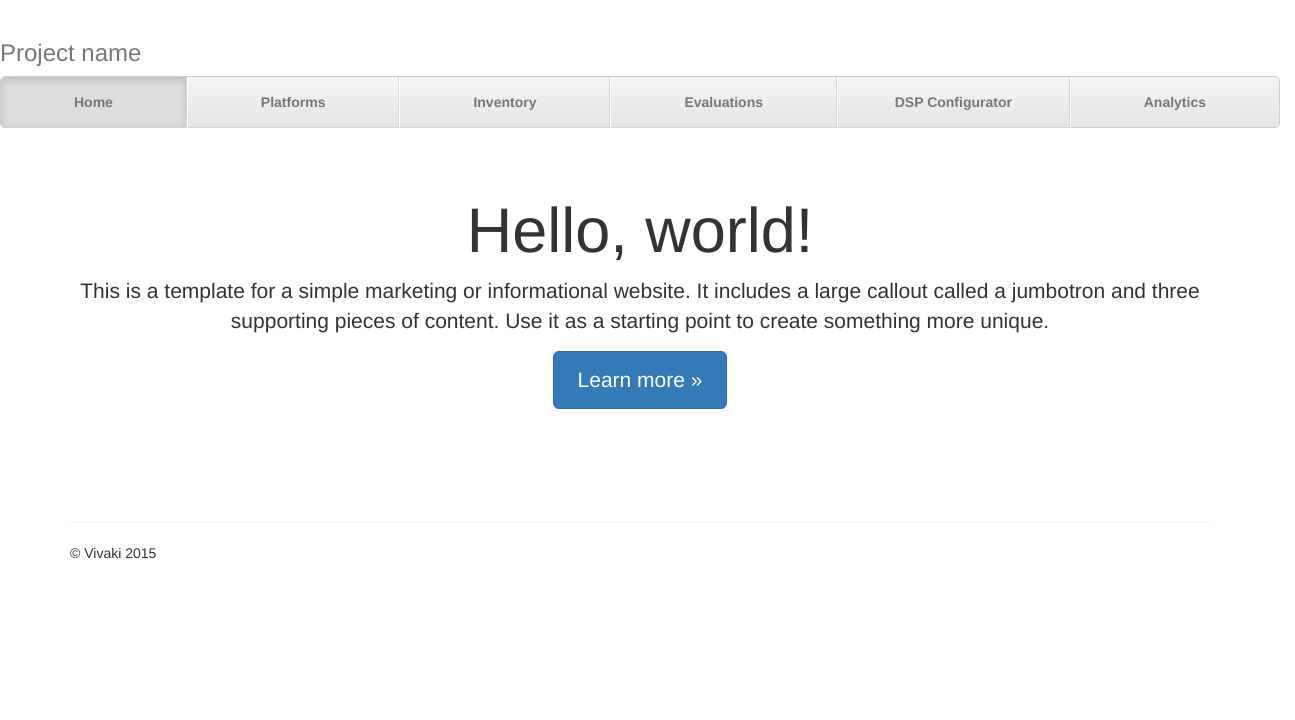
Repository: benlampert/vv
Page: vv/templates/base.html
The author's editor kept a record of every edit. The page is drawn from the files as they stood at one moment, then again after the next edit.
The browser window is 1280 px wide. The page is 1280 px wide, then 1295 px, so the pictures cover 1295 px, including what lies to the right of the window. The pictures show the whole page.
The template is drawn by Django 2.2. The application's start-up code is not run. Other server files are loaded and not shown. The template is opened directly, without the code that normally fills it, so the values that code supplies are empty.

Above is the page before.

### vv/templates/base.html

<!DOCTYPE html>
<html lang="en">
  <head>
    <meta charset="utf-8">
    <meta http-equiv="X-UA-Compatible" content="IE=edge">
    <meta name="viewport" content="width=device-width, initial-scale=1">
    <meta name="description" content="">
    <meta name="author" content="">
    <link rel="icon" href="../../favicon.ico">

    <title>Jumbotron Template for Bootstrap</title>
{% load staticfiles %}
    <!-- Bootstrap core CSS -->
    <link href="{% static "css/bootstrap.min.css" %}" rel="stylesheet">

    <!-- Custom styles for this template -->
    <link href="{% static "css/jumbotron.css" %}" rel="stylesheet">
    <link href="{% static "css/justified-nav.css" %}" rel="stylesheet">
    <!-- Just for debugging purposes. Don't actually copy these 2 lines! -->
    <!--[if lt IE 9]><script src="../../assets/js/ie8-responsive-file-warning.js"></script><![endif]-->
    <script src="{% static "js/ie-emulation-modes-warning.js" %}"></script>

    <!-- HTML5 shim and Respond.js for IE8 support of HTML5 elements and media queries -->
    <!--[if lt IE 9]>
      <script src="https://oss.maxcdn.com/html5shiv/3.7.2/html5shiv.min.js"></script>
      <script src="https://oss.maxcdn.com/respond/1.4.2/respond.min.js"></script>
    <![endif]-->
  </head>

  <body>



      <div class="masthead">
        <h3 class="text-muted">Project name</h3>
        <nav>
          <ul class="nav nav-justified">
            <li class="active"><a href="#">Home</a></li>
            <li><a href="#">Platforms</a></li>
            <li><a href="#">Inventory</a></li>
            <li><a href="#">Evaluations</a></li>
            <li><a href="#">DSP Configurator</a></li>
            <li><a href="#">Analytics</a></li>
          </ul>
        </nav>
      </div>

    <!-- Main jumbotron for a primary marketing message or call to action -->
    <div class="jumbotron">
      <div class="container">
        <h1>Hello, world!</h1>
        <p>This is a template for a simple marketing or informational website. It includes a large callout called a jumbotron and three supporting pieces of content. Use it as a starting point to create something more unique.</p>
        <p><a class="btn btn-primary btn-lg" href="#" role="button">Learn more &raquo;</a></p>
      </div>
    </div>

    <div class="container">
        {% block content %}

        {% endblock %}

      <hr>

      <footer>
        <p>&copy; Vivaki 2015</p>
      </footer>
    </div> <!-- /container -->


    <!-- Bootstrap core JavaScript
    ================================================== -->
    <!-- Placed at the end of the document so the pages load faster -->
    <script src="{% static "js/jquery.min.js" %}"></script>
    <script src="{% static "js/bootstrap.min.js" %}"></script>
    <!-- IE10 viewport hack for Surface/desktop Windows 8 bug -->
    <script src="{% static "js/ie10-viewport-bug-workaround.js" %}"></script>
  </body>
</html>

Loaded but not shown: vendors/static/css/bootstrap.min.css (library); vendors/static/css/jumbotron.css (common file); vendors/static/css/justified-nav.css (common file); vendors/static/js/ie-emulation-modes-warning.js (common file); vendors/static/js/jquery.min.js (library); vendors/static/js/bootstrap.min.js (library); vendors/static/js/ie10-viewport-bug-workaround.js (common file)

After the next edit:
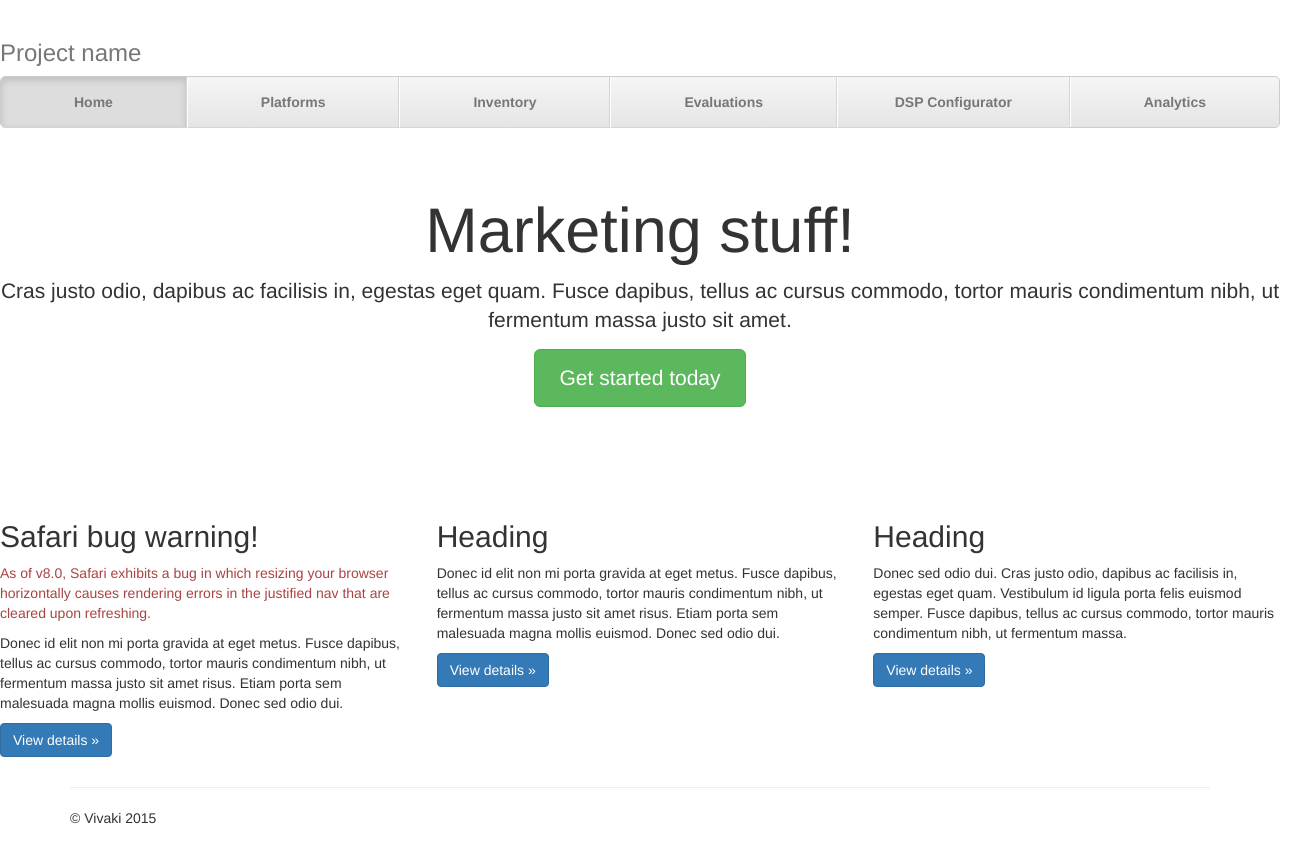
The edit:
--- a/vv/templates/base.html
+++ b/vv/templates/base.html
@@ -46,19 +46,35 @@
         </nav>
       </div>
 
-    <!-- Main jumbotron for a primary marketing message or call to action -->
-    <div class="jumbotron">
-      <div class="container">
-        <h1>Hello, world!</h1>
-        <p>This is a template for a simple marketing or informational website. It includes a large callout called a jumbotron and three supporting pieces of content. Use it as a starting point to create something more unique.</p>
-        <p><a class="btn btn-primary btn-lg" href="#" role="button">Learn more &raquo;</a></p>
+
+      <!-- Jumbotron -->
+      <div class="jumbotron">
+        <h1>Marketing stuff!</h1>
+        <p class="lead">Cras justo odio, dapibus ac facilisis in, egestas eget quam. Fusce dapibus, tellus ac cursus commodo, tortor mauris condimentum nibh, ut fermentum massa justo sit amet.</p>
+        <p><a class="btn btn-lg btn-success" href="#" role="button">Get started today</a></p>
       </div>
-    </div>
+
+      <!-- Example row of columns -->
+      <div class="row">
+        <div class="col-lg-4">
+          <h2>Safari bug warning!</h2>
+          <p class="text-danger">As of v8.0, Safari exhibits a bug in which resizing your browser horizontally causes rendering errors in the justified nav that are cleared upon refreshing.</p>
+          <p>Donec id elit non mi porta gravida at eget metus. Fusce dapibus, tellus ac cursus commodo, tortor mauris condimentum nibh, ut fermentum massa justo sit amet risus. Etiam porta sem malesuada magna mollis euismod. Donec sed odio dui. </p>
+          <p><a class="btn btn-primary" href="#" role="button">View details &raquo;</a></p>
+        </div>
+        <div class="col-lg-4">
+          <h2>Heading</h2>
+          <p>Donec id elit non mi porta gravida at eget metus. Fusce dapibus, tellus ac cursus commodo, tortor mauris condimentum nibh, ut fermentum massa justo sit amet risus. Etiam porta sem malesuada magna mollis euismod. Donec sed odio dui. </p>
+          <p><a class="btn btn-primary" href="#" role="button">View details &raquo;</a></p>
+       </div>
+        <div class="col-lg-4">
+          <h2>Heading</h2>
+          <p>Donec sed odio dui. Cras justo odio, dapibus ac facilisis in, egestas eget quam. Vestibulum id ligula porta felis euismod semper. Fusce dapibus, tellus ac cursus commodo, tortor mauris condimentum nibh, ut fermentum massa.</p>
+          <p><a class="btn btn-primary" href="#" role="button">View details &raquo;</a></p>
+        </div>
+      </div>
 
     <div class="container">
-        {% block content %}
-
-        {% endblock %}
 
       <hr>
 
